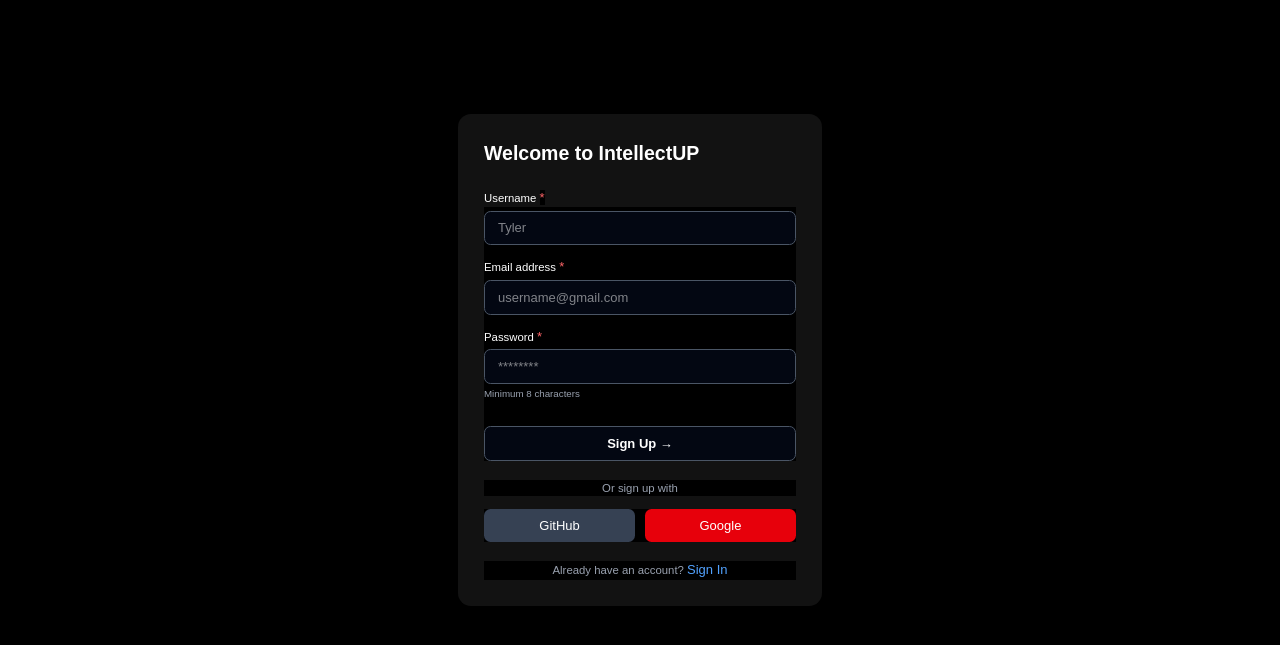
Repository: Meruem09/Briskly
Page: / (app in briskly/)
These files come from the project's save history. The page is drawn as it stood at one moment and after the next save; the edit follows.
The browser window is 1280 px wide. The pictures show the whole page.
The page's requests for data from a server got no answer. The project was rebuilt for these pictures with package versions that can differ from the ones it lists, and the page was loaded fresh each time. Some packages were replaced by stand-ins written for this rebuild. No one was signed in, and anything a server would have sent is missing. Also part of the build but not shown: briskly/vite.config.js, briskly/src/component/SIgnInPage.jsx, briskly/src/component/Main.jsx, briskly/src/component/OnBoarding.jsx.

Above is the page before, as saved 2025-07-08 16:45:59.

After the next save:
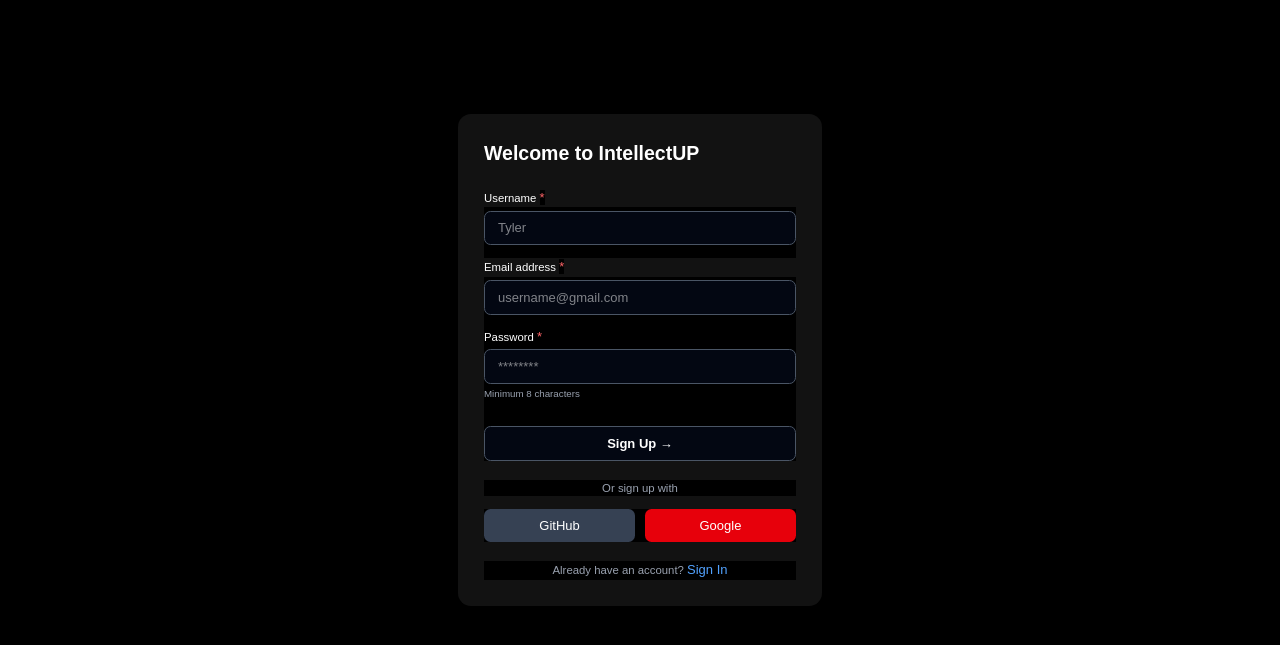
Saved 12 s later.
--- a/briskly/src/component/SignUpPage.jsx
+++ b/briskly/src/component/SignUpPage.jsx
@@ -217,13 +217,13 @@
               value={username}
               onChange={(e) => setUsername(e.target.value)}
               disabled={isLoading || showVerification}
-              className="w-full bg-[#121212] px-4 py-2 bg-gray-950 text-white rounded-lg border border-gray-600 hover:bg-gray-900 focus:outline-none focus:ring-2 focus:ring-blue-500 disabled:opacity-50"
+              className="w-full  px-4 py-2 bg-gray-950 text-white rounded-lg border border-gray-600 hover:bg-gray-900 focus:outline-none focus:ring-2 focus:ring-blue-500 disabled:opacity-50"
               required
             />
           </div>
 
           <div>
-            <label className="block text-sm font-medium mb-1">
+            <label className="block bg-[#121212] text-sm font-medium mb-1">
               Email address <span className="text-red-400">*</span>
             </label>
             <input
